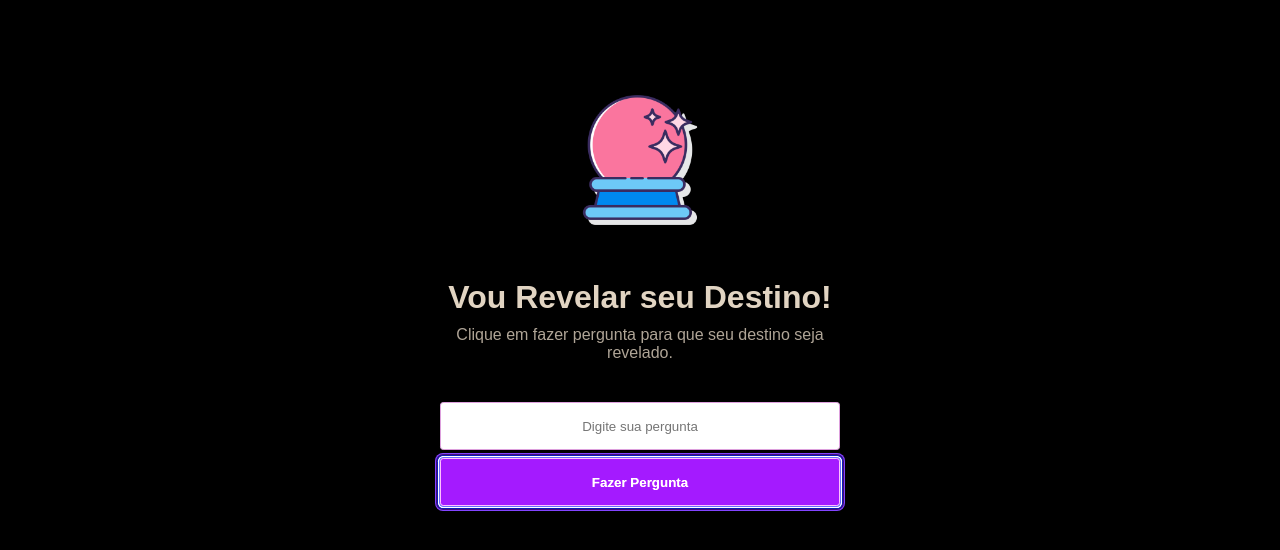
Repository: guilhermecardoso93/nlwexplorer
Page: index.html
The author's editor kept a copy of each file at every save. The page is drawn from the files as they stood at one save, then again after the next save.
The browser window is 1280 px wide. The pictures show the whole page.
The pointer rests on the first visible `button`.

Above is the page before, as saved 2022-06-09 00:05:23.

### index.html
<!DOCTYPE html>
<html lang="pt-br">
  <head>
    <meta charset="UTF-8" />
    <meta http-equiv="X-UA-Compatible" content="IE=edge" />
    <meta name="viewport" content="width=device-width, initial-scale=1.0" />
    <link rel="stylesheet" href="./styles.css" />
    <title>NLW Explorer</title>
  </head>
  <body>
    <div class="principal">
      <img
        src="./cristalball.png"
        alt="Imagem de uma bola de cristal"
        id="cristalBallImg"
      />
      <h1>Vou Revelar seu Destino!</h1>
      <p>Clique em fazer pergunta para que seu destino seja revelado.</p>
      <input type="text" placeholder="Digite sua pergunta" />
      <button>Fazer Pergunta</button>
    </div>
  </body>
  <script src="./script.js"></script>
</html>

### styles.css
* {
  margin: 0;
  padding: 0;
  box-sizing: border-box;
}
body {
  margin: auto;
  background-color: black;
  color: antiquewhite;
  text-align: center;
  font-family: sans-serif;
}

h1 {
  margin-top: 35px;
  margin-bottom: 10px;
  opacity: 0.9;
}

p {
  margin-bottom: 40px;
  opacity: 0.7;
}

#cristalBallImg {
  width: 10rem;
}

.principal {
  margin: auto;
  margin-top: 5rem;
  max-width: 400px;
  width: 80%;
  align-items: center;
}

.principal input,
button {
  display: block;
  align-items: center;
  justify-content: center;
  margin: auto;
  width: 100%;
}

.principal input {
  height: 3rem;
  text-align: center;

  border: 1px solid plum;
  border-radius: 0.2rem;
}

.principal input:hover {
  border: 2px double pink;
  font-size: 20px;
}

button {
  height: 3rem;
  text-align: center;
  font-weight: 600;
  color: aliceblue;
  background-color: rgb(137, 22, 214);
  border: 1px solid plum;
  border-radius: 0.2rem;
  margin-top: 0.5rem;
  box-shadow: rgba(255, 255, 255, 0.25) 0px 50px 100px -20px,
    rgba(255, 251, 251, 0.3) 0px 30px 60px -30px,
    rgba(255, 255, 255, 0.35) 0px -2px 6px 0px inset;
    transition: filter 0.7s;
}

button:hover {
  filter: brightness(1.2);
  box-shadow: rgb(85, 91, 255) 0px 0px 0px 1px,
    rgb(255, 255, 255) 0px 0px 0px 2px, rgb(8, 23, 153) 0px 0px 0px 3px,
    rgb(60, 11, 100) 0px 0px 0px 4px, rgb(108, 57, 228) 0px 0px 0px 5px;
}

Loaded but not shown: script.js (no stored copy; drawn as an empty file)

After the next save:
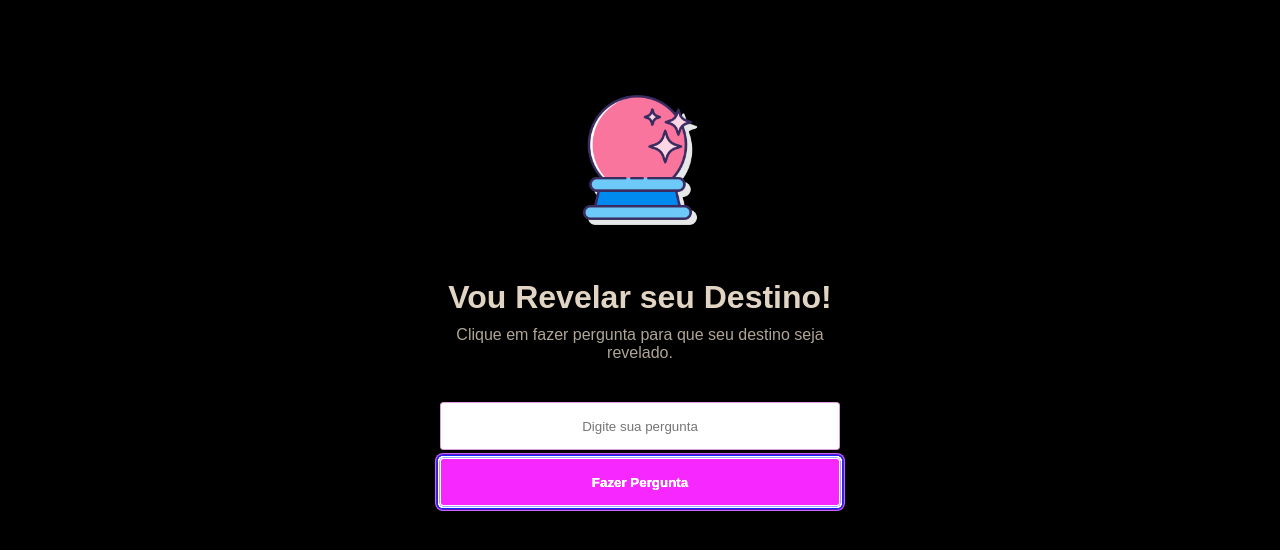
Saved 5 s later.
--- a/styles.css
+++ b/styles.css
@@ -72,7 +72,7 @@
 }
 
 button:hover {
-  filter: brightness(1.2);
+  filter: brightness(1.8);
   box-shadow: rgb(85, 91, 255) 0px 0px 0px 1px,
     rgb(255, 255, 255) 0px 0px 0px 2px, rgb(8, 23, 153) 0px 0px 0px 3px,
     rgb(60, 11, 100) 0px 0px 0px 4px, rgb(108, 57, 228) 0px 0px 0px 5px;
